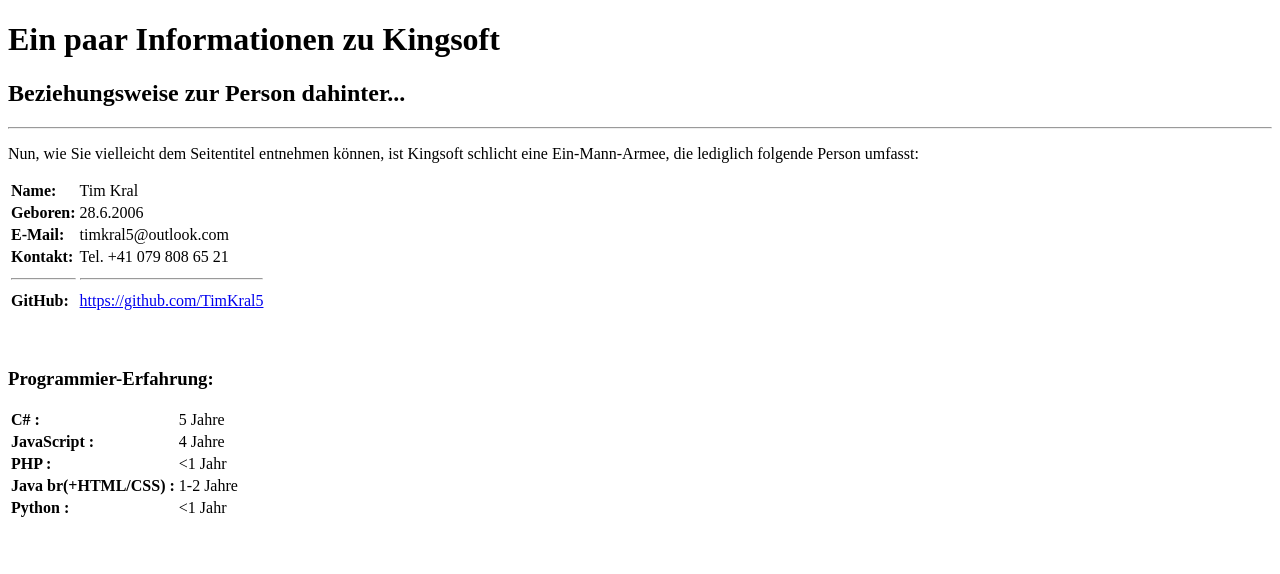
Repository: TimKral5/WikiPage
Page: Homepage/pages/about/about.htm
The author's editor kept a copy of each file at every save. The page is drawn from the files as they stood at one save, then again after the next save.
The browser window is 1280 px wide. The pictures show the whole page.

Above is the page before, as saved 2022-11-10 23:22:51.

After the next save:
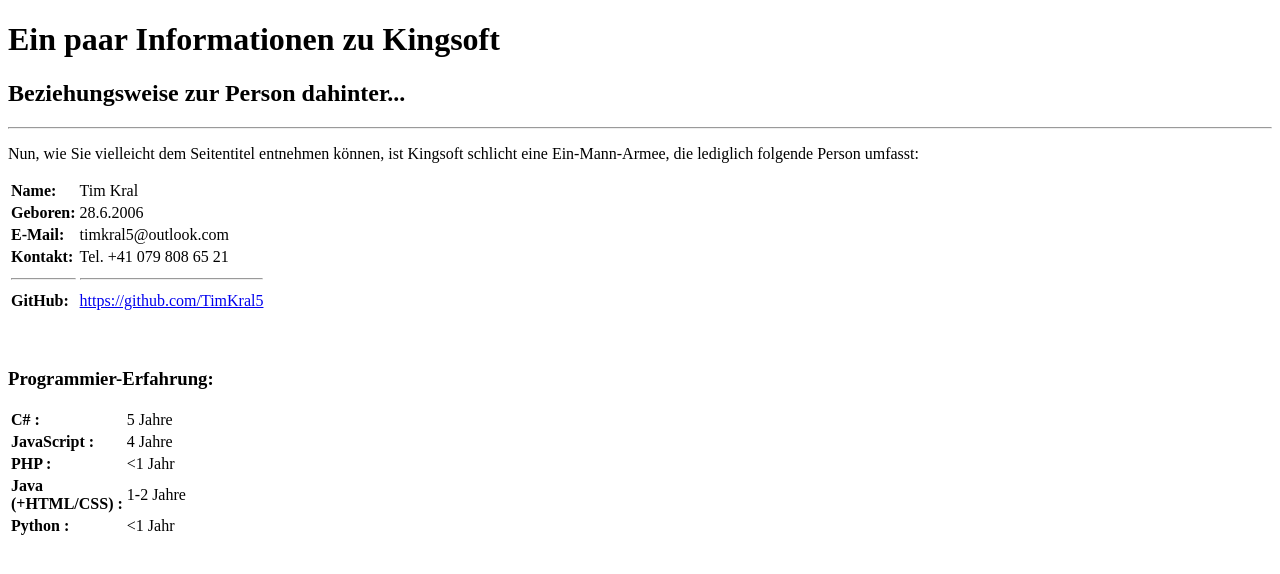
Saved 4 s later.
--- a/Homepage/pages/about/about.htm
+++ b/Homepage/pages/about/about.htm
@@ -60,7 +60,7 @@
             <td> &lt;1 Jahr</td>
         </tr>
         <tr>
-            <td><b>Java br(+HTML/CSS) :</b></td>
+            <td><b>Java <br>(+HTML/CSS) :</b></td>
             <td> 1-2 Jahre</td>
         </tr>
         <tr>
